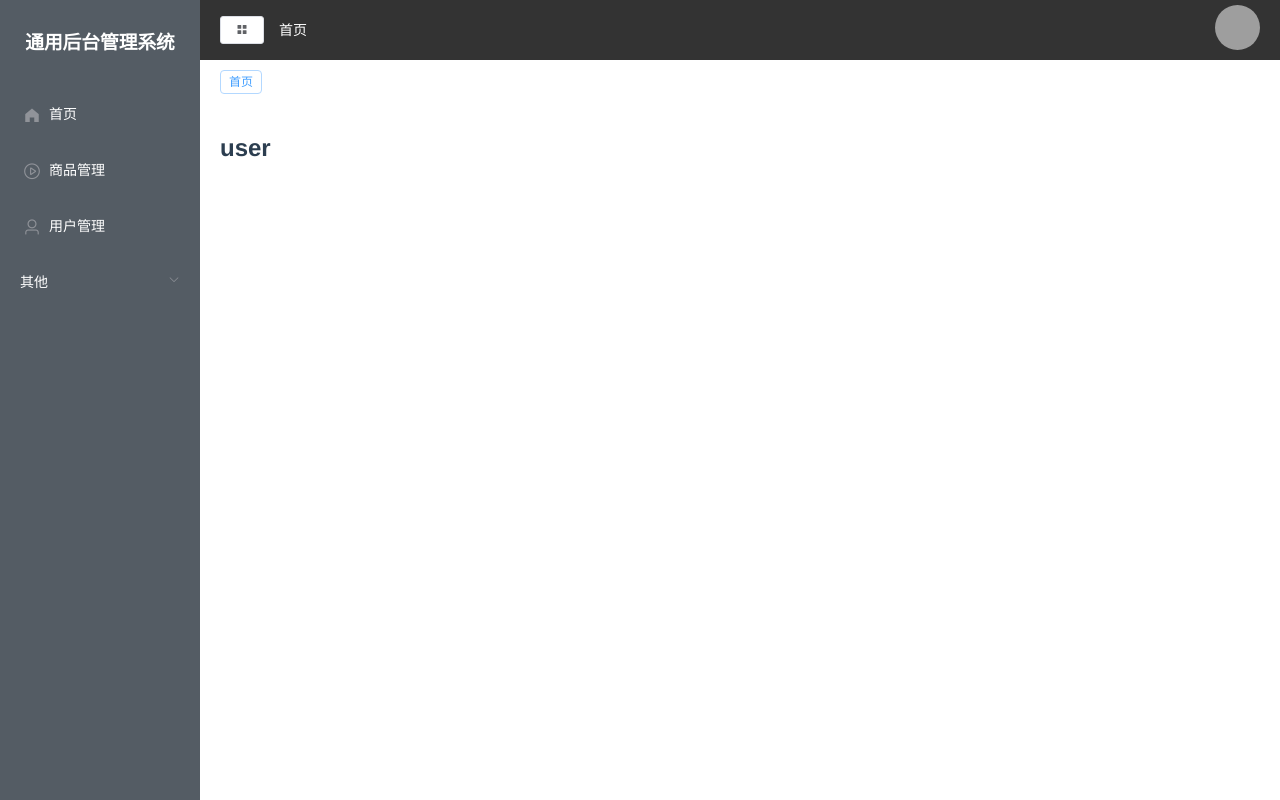
Repository: zhangwen001208/cmd
Page: /user
These files come from the project's save history. The page is drawn as it stood at one moment and after the next save; the edit follows.
The browser window is 1280 px wide. The pictures show the whole page.
Pictures or frames that could not be fetched are drawn as grey boxes. The project was rebuilt for these pictures with package versions that can differ from the ones it lists, and the page was loaded fresh each time. Also part of the build but not shown: vue.config.js.

Above is the page before, as saved 2022-08-27 19:56:06.

### src/main.js
import Vue from 'vue'
import App from './App.vue'
import router from './router'
import store from './store'
import ElementUI from 'element-ui';
import 'element-ui/lib/theme-chalk/index.css';

import 'normalize.css'
import './assets/css/index.less'

import '../src/request/mock.js'

Vue.config.productionTip = false

Vue.use( ElementUI )

new Vue({
  router,
  store,

  render: h => h(App)
}).$mount('#app')

### src/App.vue
<template>
  <div id="app">
    <router-view/>
  </div>
</template>

<style lang="less">
#app {
  font-family: Avenir, Helvetica, Arial, sans-serif;
  -webkit-font-smoothing: antialiased;
  -moz-osx-font-smoothing: grayscale;
  text-align: center;
  color: #2c3e50;
}

nav {
  padding: 30px;

  a {
    font-weight: bold;
    color: #2c3e50;

    &.router-link-exact-active {
      color: #42b983;
    }
  }
}
</style>

### src/router/index.js

import Vue from 'vue'
import VueRouter from 'vue-router'


Vue.use(VueRouter)

//即路由地址为’ / ’ 的页面，重复点击后重定向到的页面依然是Home页面，也就是所谓的产生了冗余导航，
const VueRouterPush = VueRouter.prototype.push
VueRouter.prototype.push = function push (location) {
  return  VueRouterPush.call(this, location).catch(err => err)
}


const routes = [
  {
    path: '/',
    name: 'main',
    component: () => import('../views/Main.vue'),
    children: [
      {
        path: '',
        name: 'home',

        component:() => import('../views/home/home.vue')
      },
      {
        path: '/user',
        name: 'user',
        component:() => import('../views/user/user.vue')
      },
      {
        path: '/mall',
        name: 'mall',
        component:() => import('../views/mall/mall.vue')
      },
      {
        path: '/page1',
        name: 'page1',
        component:() => import('../views/other/pageOne.vue')
      },
      {
        path: '/page2',
        name: 'page2  ',
        component:() => import('../views/other/pageTwo.vue')
      }



    ]
  },

]

const router = new VueRouter({
  mode: 'history',
  base: process.env.BASE_URL,
  routes
})






export default router

### src/store/index.js
import Vue from 'vue'
import Vuex from 'vuex'
import tab from './tab'

Vue.use(Vuex)

export default new Vuex.Store({
  state: {
  },
  getters: {
  },
  mutations: {
  },
  actions: {
  },
  modules: {
    tab
  }
})

### src/assets/css/index.less
@import './base.less';

### src/request/mock.js
import Mock from 'mockjs'
import homeApi from './home.js'


Mock.mock('/home/getData',homeApi.getStatisticalData )

### src/views/Main.vue
<template>
  <div class="home">
      <el-container style="height: 100%">
        <el-aside width="auto">
          <home-aside/>
        </el-aside>
        <el-container>
          <el-header class="header">
            <home-header></home-header>
          </el-header>
           <commandTag/>
          <el-main>
          <router-view></router-view>
          </el-main>
        </el-container>
    </el-container>


  </div>
</template>

<script>

// @ is an alias to /src

import HomeAside from '../components/HomeAside.vue'
import homeHeader from '../components/homeHeader.vue'
import commandTag from '../components/commendTag.vue'

export default {
  name: 'HomeView',
  components: {
    HomeAside,
    homeHeader,
    commandTag

  }
}
</script>
<style lang="less" scoped>
.header{
  background-color: #333;
}

</style>

### src/views/user/user.vue
<!-- eslint-disable vue/multi-word-component-names -->
<template>
    <div>
        <h2>user</h2>

    </div>
</template>

<script>
    export default {

    }
</script>

<style lang="scss" scoped>

</style>

### src/store/tab.js
export default {
    state: {
       isCollapse: false,
       tabsList: [
        {
            path: '/',
            name: 'home',
            label: '首页',
            icon: 'home'
        }
       ],
       currentMenu: null
    },
    mutations: {
        Collapsemenu(state) {
            state.isCollapse = !state.isCollapse
        },
        selectMenu(state, val) {
            if(val.name !== 'home') {
                state.currentMenu = val
                const result = state.tabsList.findIndex(item => item.name === val.name)

                if(result === -1) {
                    state.tabsList.push(val)
                }else {
                    state.currentMenu == null;
                }
            }
        }

    }
}

### src/assets/css/base.less

body{
    padding: 0;
    margin: 0;
}

html,body,#app {
    width: 100%;
    height: 100%;
    text-align: left;
}

### src/request/home.js
import Mock from 'mockjs'

let List = []

export default{
    getStatisticalData: () => {
        //Mock.Random.float 产生的随机数100到8000之间 保留小数
        for(let i = 0 ; i < 7; i++) {
            List.push(
                Mock.mock({
                    苹果: Mock.Random.float(100, 8000, 0, 0),
                    vivo: Mock.Random.float(100, 8000, 0, 0),
                    oppo: Mock.Random.float(100, 8000, 0, 0),
                    魅族: Mock.Random.float(100, 8000, 0, 0),
                    三星: Mock.Random.float(100, 8000, 0, 0),
                    小米: Mock.Random.float(100, 8000, 0, 0),
                })
            )
        }

        return {
            code: 20000,
            data: {
                //饼图
                videoData: [
                    {
                        name: '小米',
                        value: 2999
                    },
                    {
                        name: '苹果',
                        value: 5999
                    },
                    {
                        name: 'vivo',
                        value: 1500
                    },
                    {
                        name: 'opeo',
                        value: 1999
                    },
                    {
                        name: '魅族',
                        value: 888
                    },
                ],
                //柱状图
                userData: [
                    {
                        data: '周一',
                        new: 132,
                        active: 200
                    },
                    {
                        data: '周二',
                        new: 100,
                        active: 300
                    },
                    {
                        data: '周三',
                        new: 82,
                        active: 230
                    },
                    {
                        data: '周四',
                        new: 62,
                        active: 200
                    },
                    {
                        data: '周五',
                        new: 22,
                        active: 220
                    },
                    {
                        data: '周六',
                        new: 49,
                        active: 220
                    },
                    {
                        data: '周天',
                        new: 5,
                        active: 260
                    },

                ],
                //折线图
                orderData: {
                    date: ['20191001', '20191002', '20191003', '20191004', '20191005', '20191006', '20191007'],
                    data: List
                },

                tableData: [
                    {
                        name: 'oppo',
                        todayBuy: 100,
                        monthBuy: 300,
                        totalBuy: 800
                    },
                    {
                        name: 'vivo',
                        todayBuy: 100,
                        monthBuy: 300,
                        totalBuy: 800
                    },{
                        name: 'apple',
                        todayBuy: 100,
                        monthBuy: 300,
                        totalBuy: 800
                    },{
                        name: '小米',
                        todayBuy: 100,
                        monthBuy: 300,
                        totalBuy: 800
                    },{
                        name: '三星',
                        todayBuy: 100,
                        monthBuy: 300,
                        totalBuy: 800
                    },{
                        name: '魅族',
                        todayBuy: 100,
                        monthBuy: 300,
                        totalBuy: 800
                    }
                ],
            }
        }
    }
}

### src/components/HomeAside.vue
<template>
<el-menu  default-active="1-4-1"
    class="el-menu-vertical-demo"
     background-color= '#545c64'
     text-color="#fff"
     active-text-color="#ffd04b"
    @open="handleOpen" @close="handleClose"
    :collapse="isCollapse">
  <h3>{{isCollapse? '后台': '通用后台管理系统'}}</h3>
  <el-menu-item  @click="clickmenu(item)" v-for="item in nochildren" index="item.path" :key="item.path">
    <i :class="'el-icon-'+item.icon"></i>
    <span slot="title">{{item.label}}</span>
  </el-menu-item>
  <el-submenu v-for="item in haschildren" index="item.path" :key="item.path">
    <template slot="title">
      <i class="'el-icon-'+item.icon"></i>
      <span slot="title">{{item.label}}</span>
    </template>
    <el-menu-item-group v-for="subitem in item.children" index='subitem.path' :key="subitem.path">

      <el-menu-item @click="clickmenu(subitem)" index="1-1">{{subitem.label}}</el-menu-item>

    </el-menu-item-group>

  </el-submenu>


</el-menu>

</template>

<script>
export default {
    data() {
      return {

        menu:[
          {
            path: '/',
            name: 'home',
            label: '首页',
            icon: 's-home',
            url: 'Home/home'
          },
           {
            path: '/mall',
            name: 'mall',
            label: '商品管理',
            icon: 'video-play',
            url: 'MallManage/MallManage'
          },
           {
            path: '/user',
            name: 'user',
            label: '用户管理',
            icon: 'user',
            url: 'UserManage/UserManage'
          },
           {

            label: '其他',
            icon: 'location',
           children: [
            {
            path: '/page1',
            name: 'page1',
            label: '页面1',
            icon: 'setting',
            url: 'Other/pageOne'
            },
            {
            path: '/page2',
            name: 'page2',
            label: '页面2',
            icon: 'setting',
            url: 'Other/pageTwo'
            }

           ]
          }

        ]
      };
    },
    methods: {
      handleOpen(key, keyPath) {
        console.log(key, keyPath);
      },
      handleClose(key, keyPath) {
        console.log(key, keyPath);
      },
      clickmenu(item) {
        if(this.$router.path !== item.path) {
            this.$router.push({
            name: item.name,
        })
        }
        this.$store.commit('selectMenu', item)


      }
    },
    computed: {
      nochildren() {
        return this.menu.filter(item => !item.children)
      },
      haschildren() {
         return this.menu.filter(item => item.children)
      },
      isCollapse() {
        return  this.$store.state.tab.isCollapse
      }
    }
  }
</script>

<style lang="less" scoped>
  .el-menu-vertical-demo:not(.el-menu--collapse) {
    width: 200px;
    height: 800px;

  }
  .el-menu {
    height: 800px;
    border: none;
    h3{
      color: #fff;
      text-align: center;
      line-height: 48px;

    }
  }

</style>

### src/components/homeHeader.vue
<template>
   <header>
        <div class="l-content">
            <el-button @click="hadrlemenu" plain icon="el-icon-menu" size="mini"></el-button>
            <!-- <h3 style="color: #fff">首页</h3> -->
            <el-breadcrumb separator="/">
                    <el-breadcrumb-item v-for="item in tags" :key="item.path" :to="{ path: item.path }">{{item.label}}</el-breadcrumb-item>


            </el-breadcrumb>
         </div>
         <div class="r-content">
            <el-dropdown trigger="click" szie="mini">
                <span>
                    <img class="user" :src="userImg">
                </span>
                <el-dropdown-menu slot="dropdown">
                    <el-dropdown-item>个人中心</el-dropdown-item>
                    <el-dropdown-item>退出</el-dropdown-item>
                </el-dropdown-menu>

            </el-dropdown>

         </div>
   </header>

</template>

<script>

import {mapState} from 'vuex'

    export default {
        name: 'homeHeader',
        data() {
            return {
                userImg: require('../assets/img/tx.jpeg')
            }
        },
        methods: {
            hadrlemenu() {
                this.$store.commit('Collapsemenu')
            }
        },
        computed: {
            ...mapState({
                tags: state => state.tab.tabsList
            })


        },





    }
</script>

<style lang="less" scoped>
header {
    display: flex;
    height: 100%;
    justify-content: space-between;
    align-items: center;
    .l-content {
        display: flex;
        align-items: center;
        .el-button {
            margin-right: 15px;

        }
        .el-breadcrumb ::v-deep .el-breadcrumb__inner {
        color: #fff !important;
}
    }
    .r-content {
        .user {
            width: 45px;
            height: 45px;
            border-radius: 50%;
        }
    }


}


</style>

### src/components/commendTag.vue
<template>
    <div class="tag">
      <el-tag
        v-for="(tag,index) in tags"
        :key="tag.name"
        :closable ="tag.name !== 'home'"
        :effect= "$route.name == tag.name? 'dark': 'plain' "
        @click="changmenu(tag)"
        @close= "handleClose(tag, index)"
        size="small"
        >
        {{tag.label}}
     </el-tag>


    </div>
</template>

<script>
import { mapState } from 'vuex'


    export default {
        name: 'commandTag',
        data() {
            return {

            }
        },
        computed: {
            ...mapState({
                tags: state => state.tab.tabsList
            })
        },
        created() {
            console.log(this.tags)
        },
        methods: {
            changmenu(item) {
                this.$router.push({
                    name: item.name
                })

            },
            handleClose(tag){
            this.tags.splice(this.tags.indexOf(tag), 1);
            }
        },



    }
</script>

<style lang="less" scoped>

.tag {
    margin: 10px 10px 0 20px;
    .el-tag {
        margin-right: 20px;
        cursor: pointer;
    }
}

</style>

### src/components/commendFrom.vue
<template>
    <el-form ref='form' label-width= '100px' :v-model="form" :inline = 'inline'>
        <el-form-item v-for="item in formLabel" :key="item.label" :label="item.label">
            <el-input
            v-if="item.type === 'input'"
            :placeholder="'请输入'+ item.label"
            :v-model="form[item.model]">
            </el-input>

            <el-switch
            v-if="item.type === 'switch'"
             :v-model="form[item.model]"
            >
            </el-switch>

             <el-date-picker
            v-if="item.type === 'date'"
            type="date"
            value-format="yyyy-MM-dd"
            placeholder="请选择日期"
             :v-model="form[item.model]"
            >
            </el-date-picker>

            <el-select
             v-if="item.type === 'select'"
             placeholder="请选择日期"
            :v-model="form[item.model]"
             >
             <el-option
             v-for="item in item.opts"
             :key="item.value"
             :label="item.label"
             :value="item.value"
             >
             </el-option>
            </el-select>

        </el-form-item>
        <el-form-item><slot></slot></el-form-item>

    </el-form>
</template>

<script>
    export default {
        name: 'commendFrom',
        props: {
            formLabel: Array,
            form: Object,
            inLine: Boolean
        }

    }
</script>

<style lang="scss" scoped>

</style>

Loaded but not shown: public/index.html (common file)

After the next save:
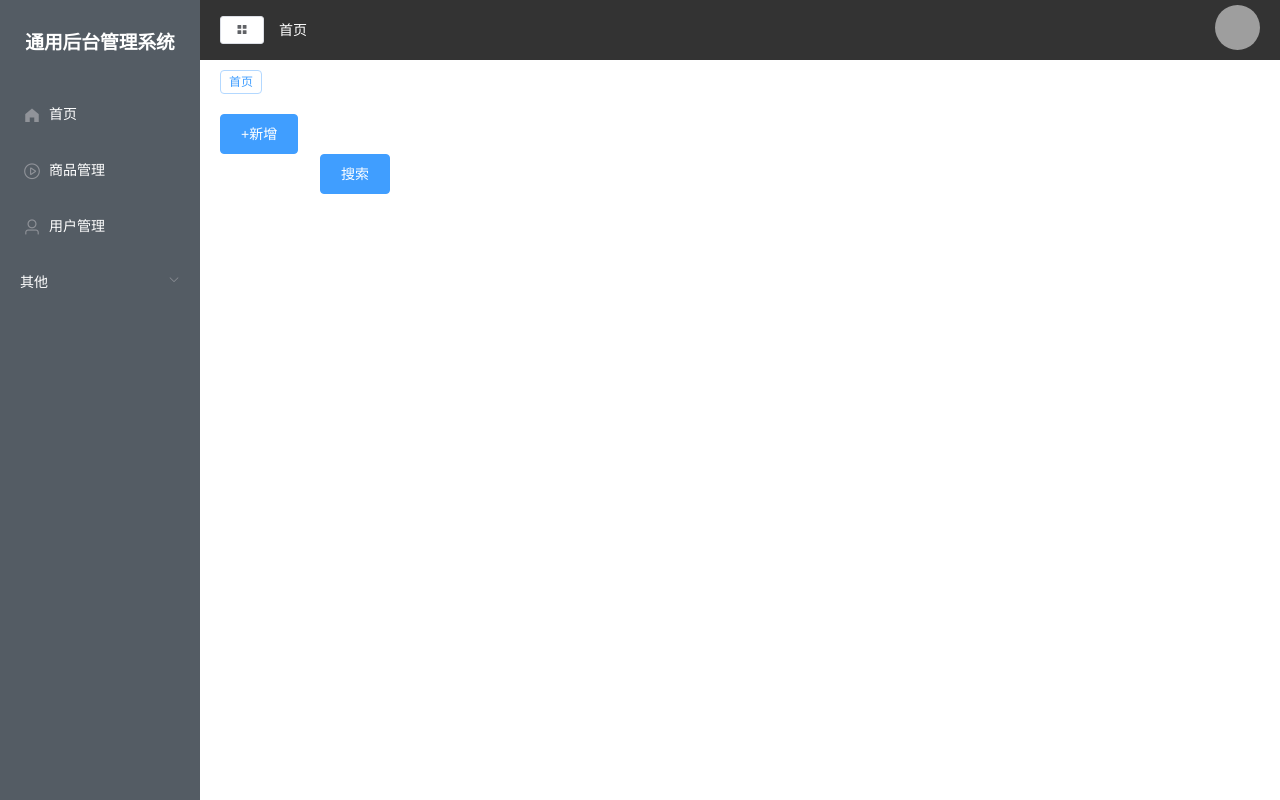
Saved 38 h 37 min later.
--- a/src/views/user/user.vue
+++ b/src/views/user/user.vue
@@ -1,13 +1,109 @@
 <!-- eslint-disable vue/multi-word-component-names -->
 <template>
-    <div>
-        <h2>user</h2>
+    <div class="manage">
+        <el-dialog
+        :title= "operateType === 'add'? '新增用户': '更新用户'"
+        :visible.sync = 'isShow'>
+        <commend-from
+        :formLabel="opertateFormLabel"
+        :form="operateForm"
+        :inLine="true"
+        ref="form">
+        </commend-from>
+        <div slot="footer" class="dialog-footer">
+            <el-button @click="isShow = false">取消</el-button>
+            <el-button type="primary" @click="confirm">确定</el-button>
+        </div>
+        </el-dialog>
+        <div class="manage-header">
+            <el-button type="primary" @click="addUser">+新增</el-button>
+            <commend-from
+            :formLabel="formLabel"
+            :form="searchForm"
+            :inLine="true"
+            ref="form">
+            <el-button type="primary" @click="getList">搜索</el-button>
+
+            </commend-from>
+
+        </div>
+
 
     </div>
 </template>
 
 <script>
+import commendFrom from '@/components/commendFrom.vue'
     export default {
+      components:
+       { commendFrom },
+       data() {
+        return {
+            operateType: 'add',
+            isShow: false,
+            opertateFormLabel: [
+                {
+                    model: 'name',
+                    label: '姓名',
+                    type: 'input'
+                },
+                {
+                    model: 'age',
+                    label: '年龄',
+                    type: 'input'
+                },
+                {
+                    model: 'sex',
+                    label: '性别',
+                    type: 'select',
+                    opts: [
+                        {
+                            label: '男',
+                            value: 1
+                        },
+                        {
+                            label: '女',
+                            value: 0
+                        }
+                    ]
+                },
+                {
+                    model: 'birth',
+                    label: '出生日期',
+                    type: 'date'
+                },
+                {
+                    model: 'addr',
+                    label: '地址',
+                    type: 'input'
+                }
+
+
+
+
+            ],
+            operateForm: {
+                name: '',
+                addr: '',
+                age: '',
+                birth: '',
+                sex: ''
+            }
+
+        }
+       },
+       methods: {
+        confirm() {
+
+        },
+        addUser() {
+
+        },
+        getList() {
+
+        }
+
+       }
 
     }
 </script>
